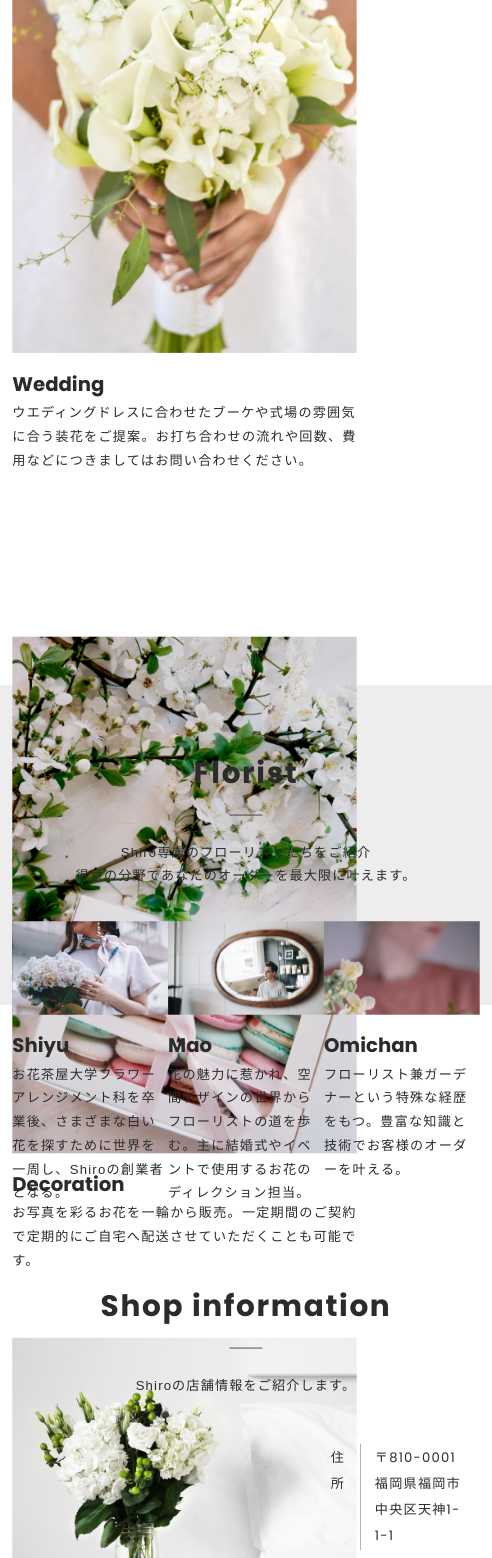
Repository: kami8ma8810/Portfolio-Findjob
Page: public/2019/Shiro/index.html
The author's editor kept a copy of each file at every save. The page is drawn from the files as they stood at one save, then again after the next save.
The browser window is 600 px wide. The pictures show the part of the page from y = 2609 to 4509 px (the page is 5623 px tall before and 7074 px after), at 82% of full size.
Pictures or frames that could not be fetched are drawn as grey boxes. Some web libraries are served in a nearby version.

Above is the page before, as saved 2019-06-19 22:12:40.

After the next save:
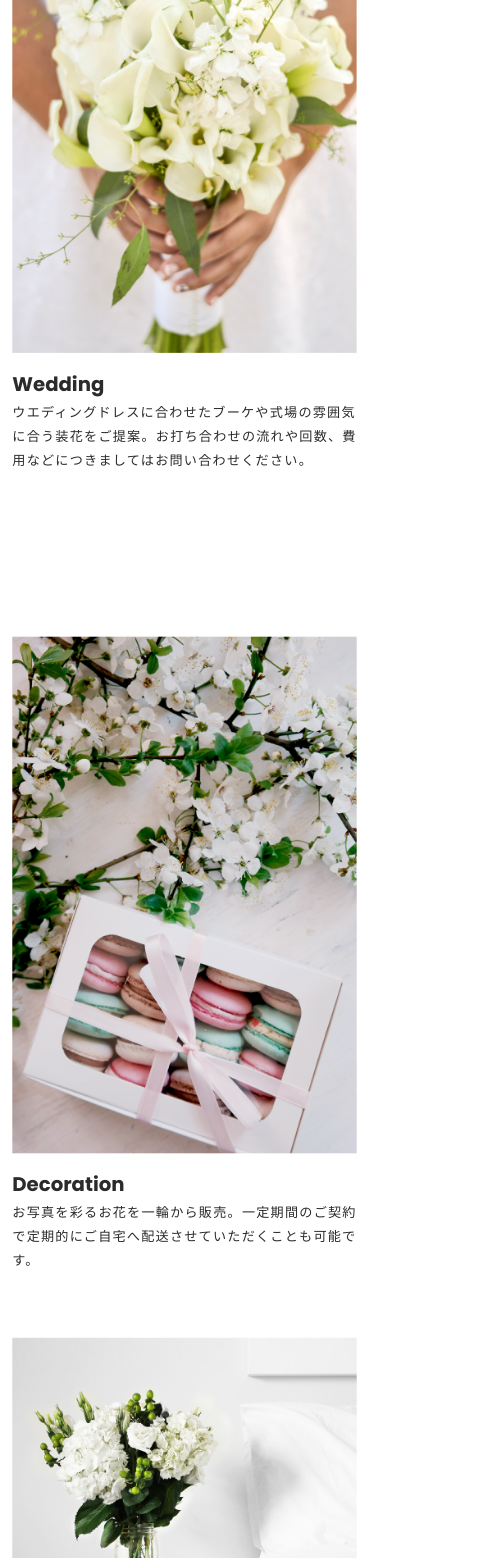
Saved 13 s later.
--- a/public/2019/Shiro/responsive.css
+++ b/public/2019/Shiro/responsive.css
@@ -8,5 +8,6 @@
 }
 .work_contents {
   display: block;
+  height: auto;
 }
   }
